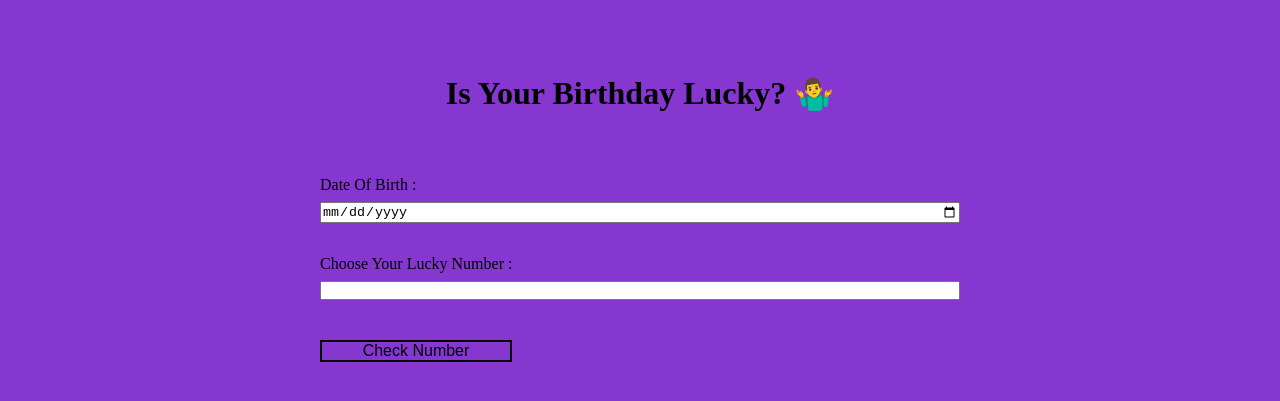
Repository: patelamancode/Lucky-Birthday-App
Page: index.html
These files come from the project's save history. The page is drawn as it stood at one moment and after the next save; the edit follows.
The browser window is 1280 px wide. The pictures show the whole page.

Above is the page before, as saved 2022-11-21 17:16:49.

### index.html
<!DOCTYPE html>
<html lang="en">
<head>
    <meta charset="UTF-8">
    <meta http-equiv="X-UA-Compatible" content="IE=edge">
    <meta name="viewport" content="width=device-width, initial-scale=1.0">
    <link rel="stylesheet" href="index.css">
    <title>Is your birthday lucky</title>
</head>
<body>
    <div id="main-container">
        <h1 class="app-title">Is Your Birthday Lucky? 🤷‍♂️</h1>
        <label for="date-of-birth" class="dob">Date Of Birth :</label>
        <input type="date" class="selected-dob">
        <label for="lucky-number" class="favourite-number">Choose Your Lucky Number :</label>
        <input type="number" class="user-number">
        <button id="check-btn">Check Number</button>
    </div>

</body>
</html>

### index.css
*{
    margin: 0;
    padding: 0;
}
 body{
    background-color: rgb(134, 55, 207);
 }

 #main-container {
    display: flex;
    flex-direction: column;
    width: 50vw;
    margin: auto;
    margin-top: 2rem;
    padding: 10px;
    text-align: center;
 }

 .app-title{
    margin: 2rem;
 }
 label{
    width: auto;
    text-align: left;
    margin-top: 2rem;
    margin-bottom: 0.5rem;
 }
 /* input{
    -webkit-appearance: none;
    box-shadow: none !important;
 } */
 button{
    margin-top: 2.5rem;
    background-color: rgb(134, 55, 207);
    width: 30%;
    font-size: 1rem;
    border: 2px solid black;
 }

After the next save:
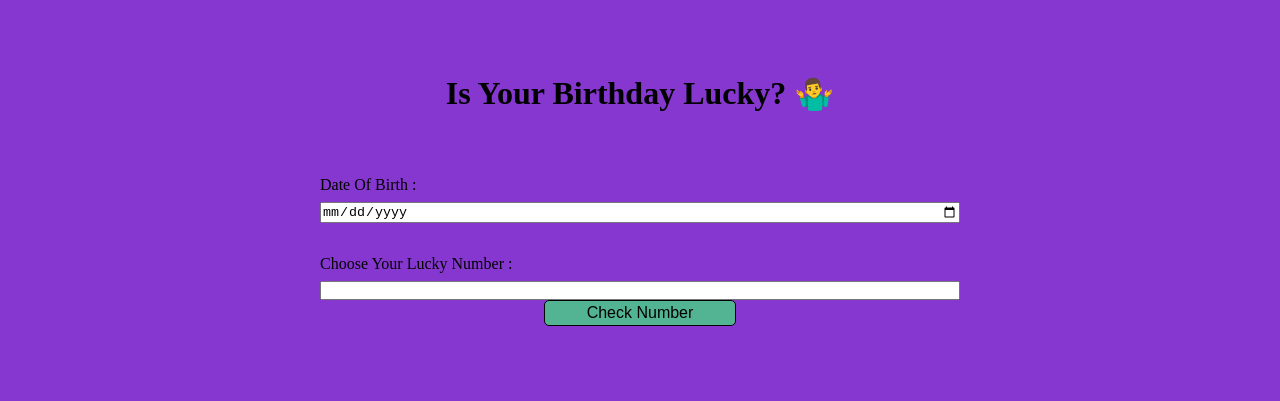
Saved 82 s later.
--- a/index.css
+++ b/index.css
@@ -31,8 +31,13 @@
  } */
  button{
     margin-top: 2.5rem;
-    background-color: rgb(134, 55, 207);
     width: 30%;
+    margin: auto;
+    margin-bottom: 2rem;
+    padding: 3px;
     font-size: 1rem;
-    border: 2px solid black;
+    font-weight: 500;
+    border: 1px solid;
+    background-color: rgb(83, 180, 148);
+    border-radius: 5px;
  }
